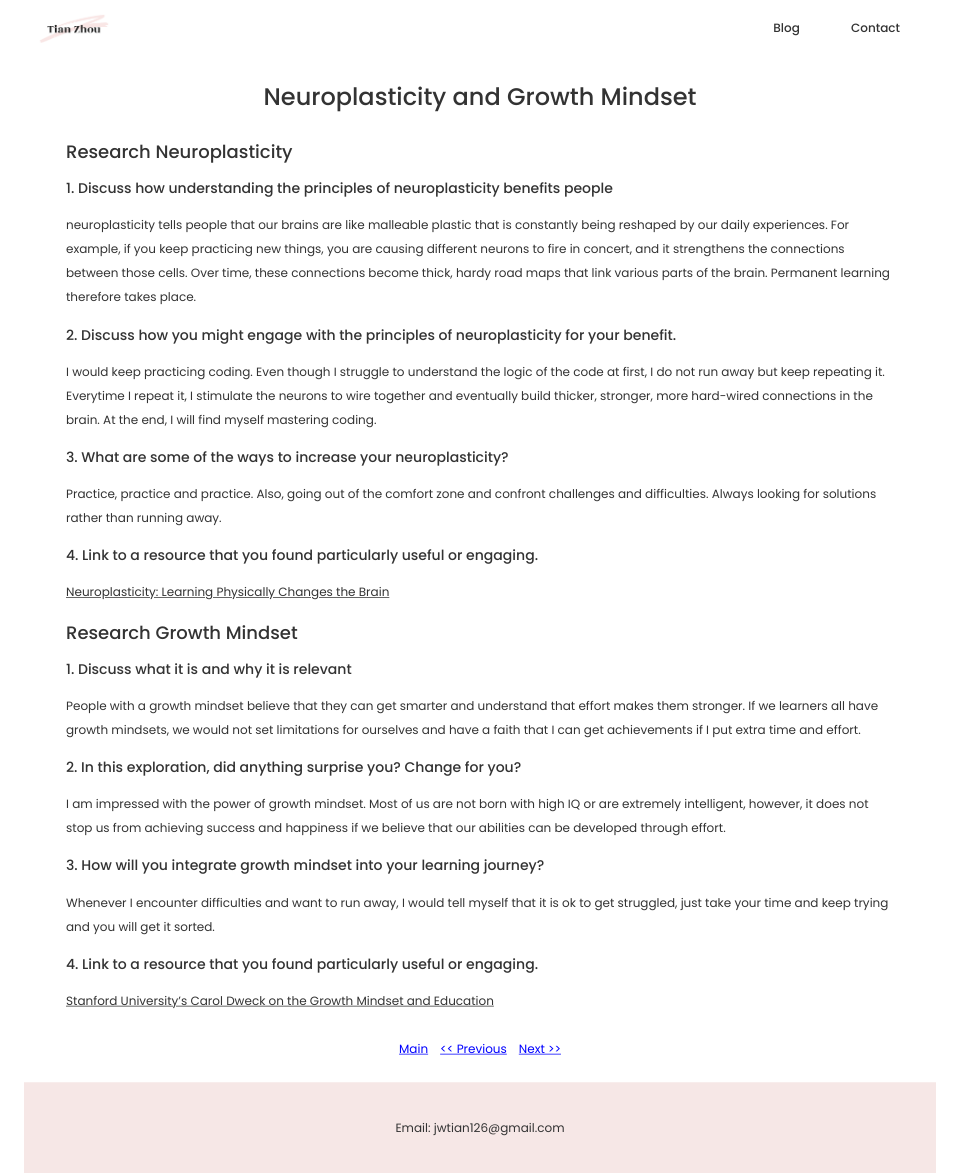
Repository: Tiaanz/Tiaanz.github.io
Page: blog/neuroplasticity.html
These files come from the project's save history. The page is drawn as it stood at one moment and after a run of saves; the edit follows.
The browser window is 1280 px wide. The pictures show the whole page, at 75% of full size.

Above is the page before, as saved 2023-01-30 14:38:54.

After the next 4 saves:
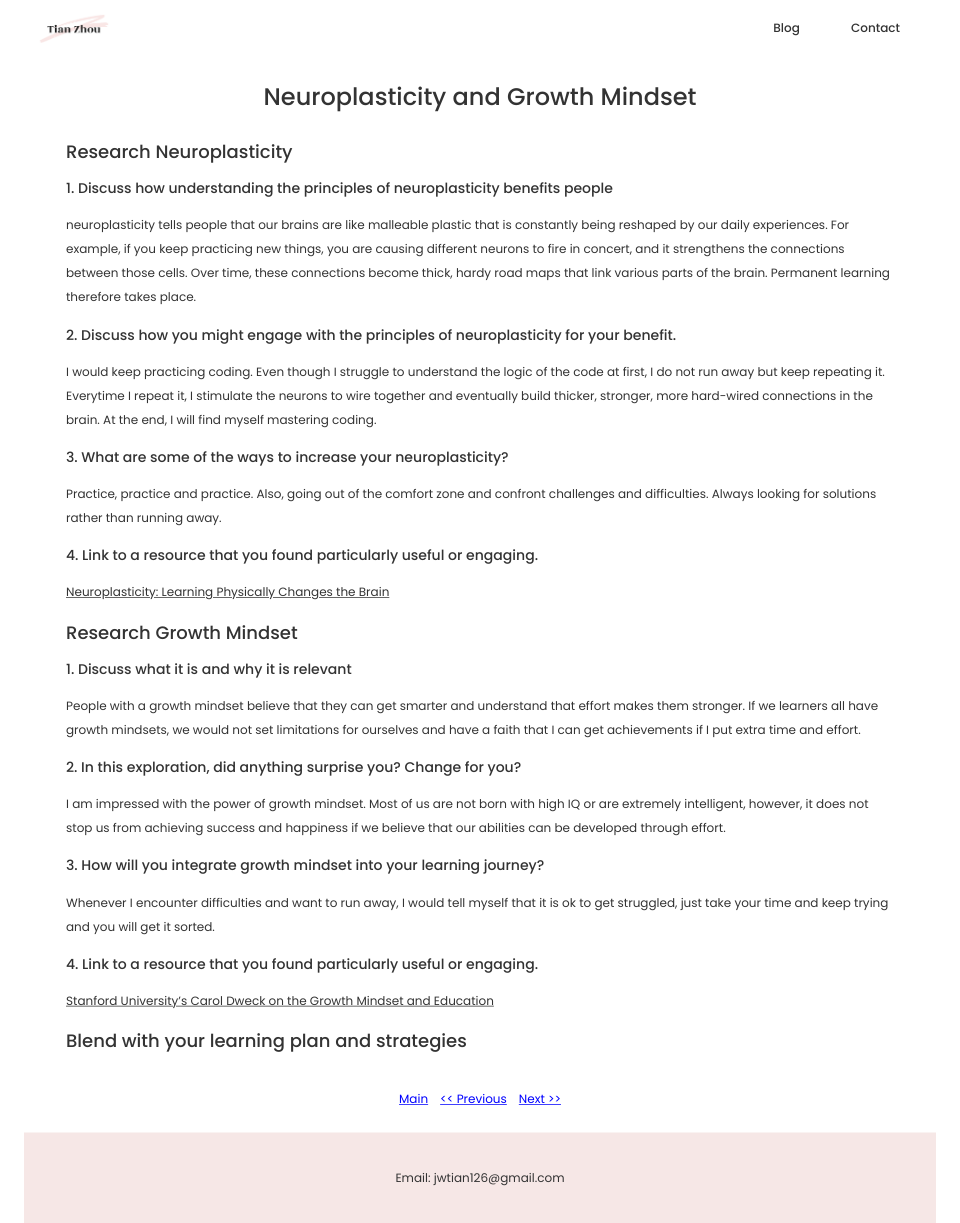
The 4 saves are shown as one change because they came seconds apart.
The last was saved 13 s later.
--- a/blog/neuroplasticity.html
+++ b/blog/neuroplasticity.html
@@ -59,7 +59,8 @@
             <p><a href="https://onedublin.org/2012/06/19/stanford-universitys-carol-dweck-on-the-growth-mindset-and-education/
 
                 ">Stanford University’s Carol Dweck on the Growth Mindset and Education</a></p>
-            <h2></h2>
+            <h2>Blend with your learning plan and strategies</h2>
+            <h3></h3>
             <div class="page-nav">
                 <a href="../index.html">Main</a>
                 <a href="./emotional-intelligence.html"> &lt&lt Previous</a>
